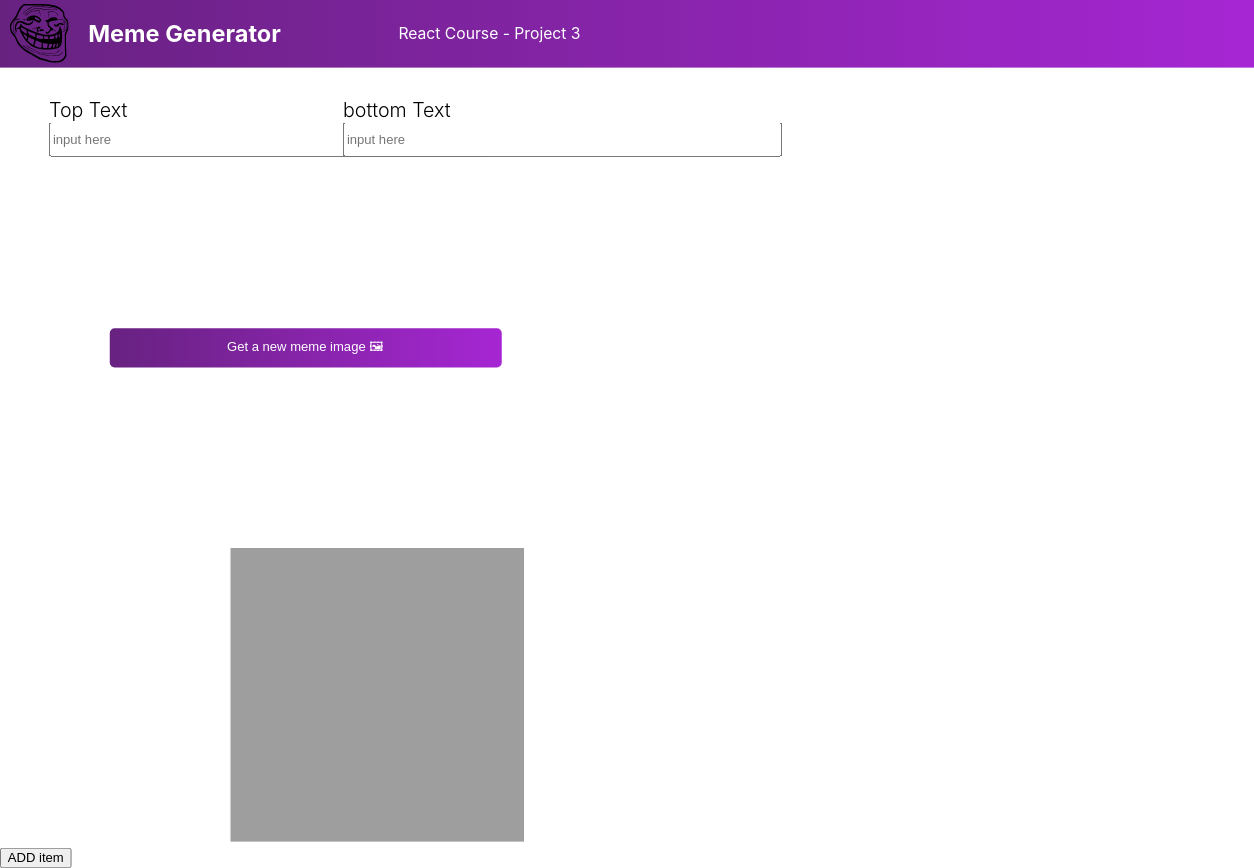
Repository: mortiestmorty1/meme-generator-react
Page: /
These files come from the project's save history. The page is drawn as it stood at one moment and after the next save; the edit follows.
The browser window is 1280 px wide. The pictures show the whole page, at 98% of full size.
Pictures or frames that could not be fetched are drawn as grey boxes. The project was rebuilt for these pictures with package versions that can differ from the ones it lists, and the page was loaded fresh each time.

Above is the page before, as saved 2024-01-19 17:59:09.

After the next save:
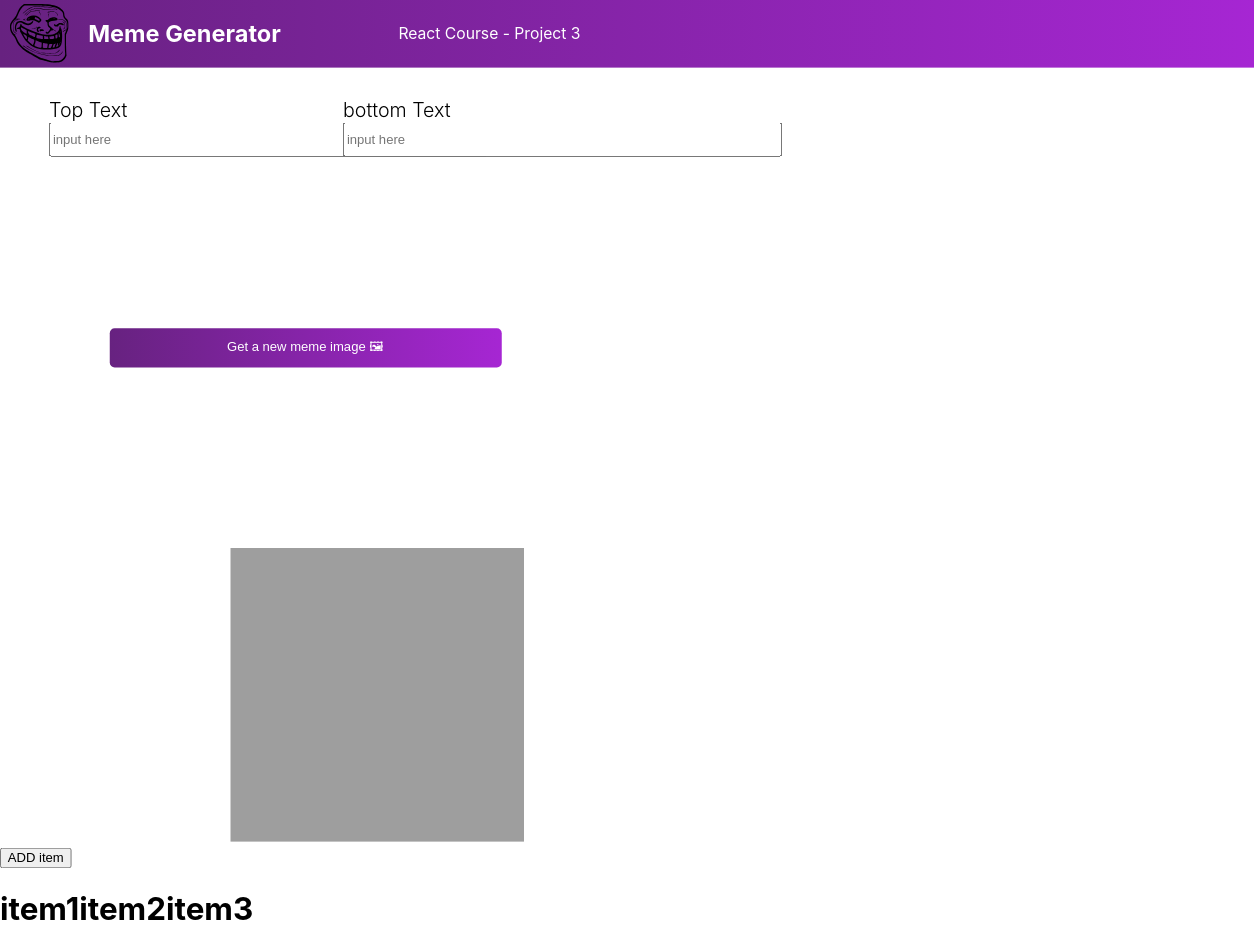
Saved 26 s later.
--- a/src/App.js
+++ b/src/App.js
@@ -5,7 +5,7 @@ import Navbar from "./components/Navbar";
 import Inputs from "./components/inputs";
 import { useState } from 'react';
 function App() {
-  const [item , setitem] = useState(["itme1" , "item2" , "item3"])
+  const [item , setitem] = useState(["item1" , "item2" , "item3"])
    function handleClick () {
     setitem([...prevItem , "newitem" + item.length()])
 
@@ -15,6 +15,7 @@ function App() {
       <Navbar />
       <Inputs />
       <button onClick={handleClick}>ADD item</button>
+      <h1>{item}</h1>
 
     </div>
   );
